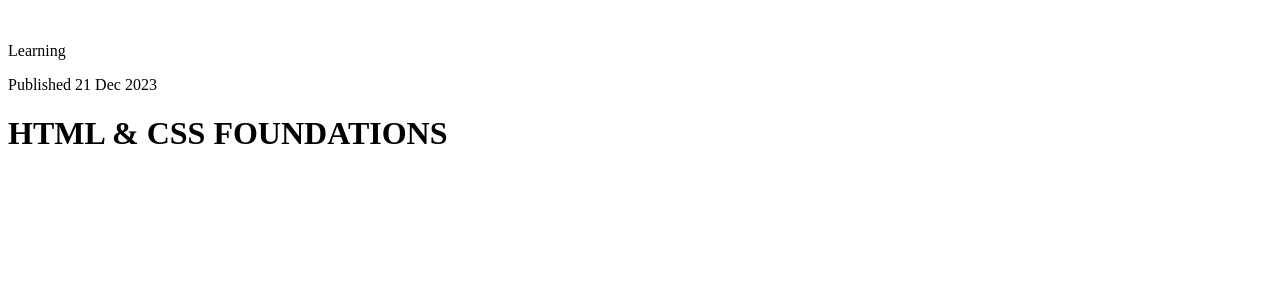
Repository: brandontaylor1/blogpreviewcard
Page: index.html
An editor plug-in stored every save of this project. The page is shown before and after a run of saves, followed by the edit.
The browser window is 1280 px wide. The pictures show the whole page.

Above is the page before, as saved 2024-12-25 10:48:03.

After the next 4 saves:
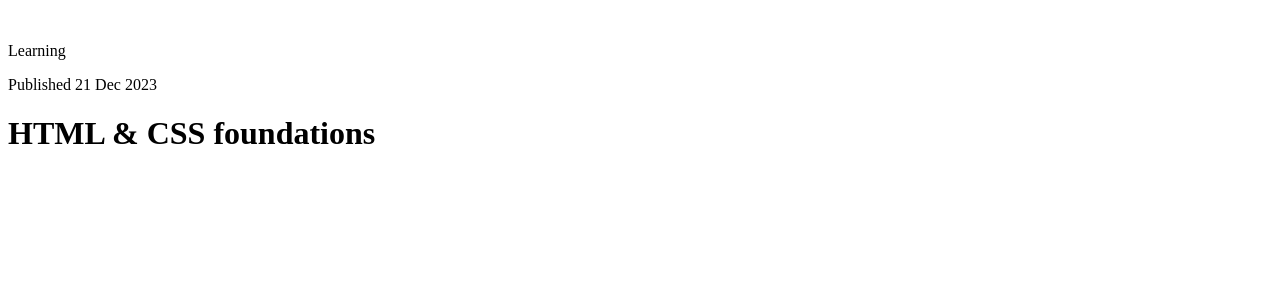
The 4 saves are shown as one change because they came seconds apart.
The last was saved 12 s later.
--- a/index.html
+++ b/index.html
@@ -13,7 +13,8 @@
         <div class="card-content">
             <p>Learning</p>
             <p>Published 21 Dec 2023</p>
-            <h1>HTML & CSS FOUNDATIONS</h1>
+            <h1>HTML & CSS foundations</h1>
+            <p></p>
 
         </div>
     </main>
